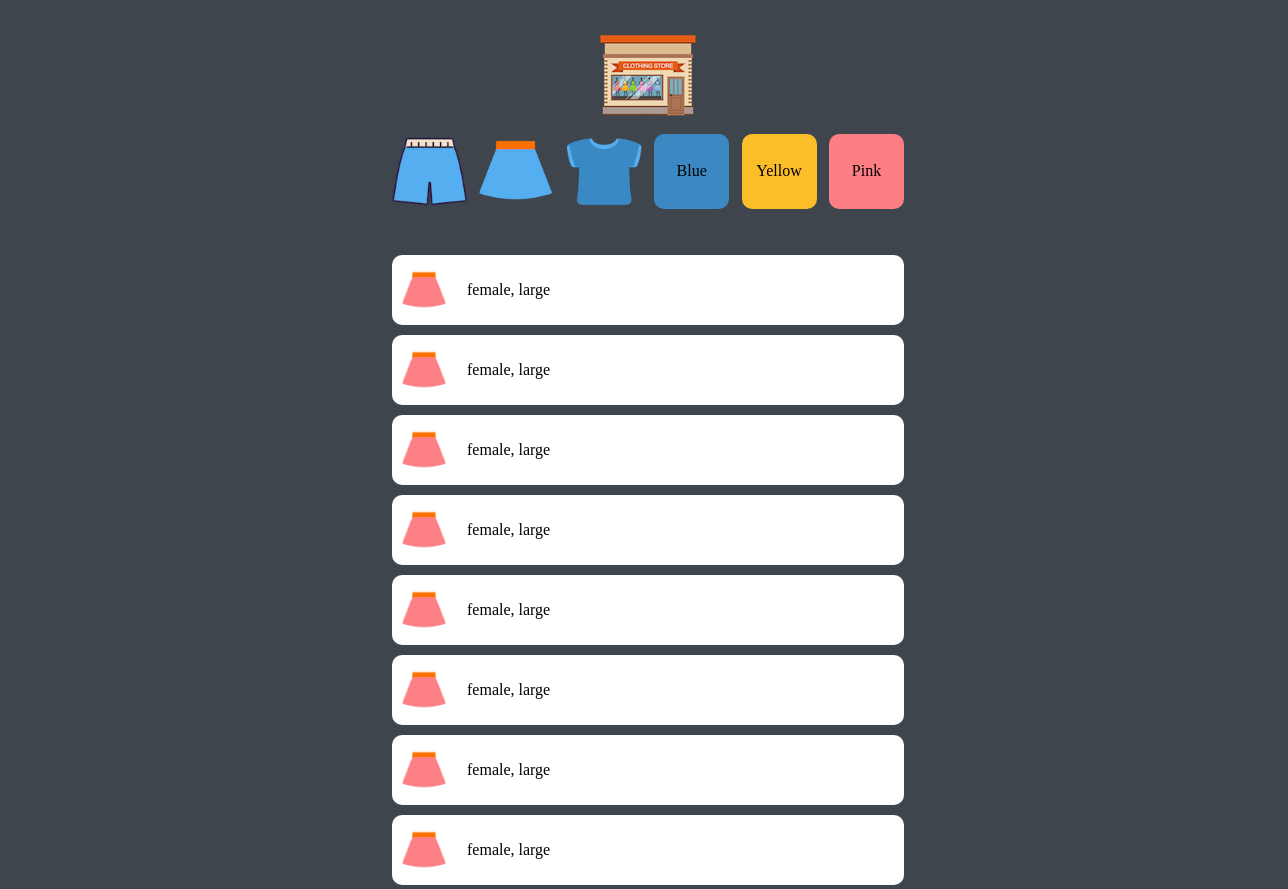
Repository: Jay-JYKim91/elle-shopping-mall
Page: index.html
An editor plug-in stored every save of this project. The page is shown before and after the next save, followed by the edit.
The browser window is 1280 px wide. The page is 1288 px wide, so the pictures cover 1288 px, including what lies to the right of the window. The pictures show the whole page.
An inner scrolling area shows only its first screen.

Above is the page before, as saved 2021-07-26 19:46:02.

After the next save:
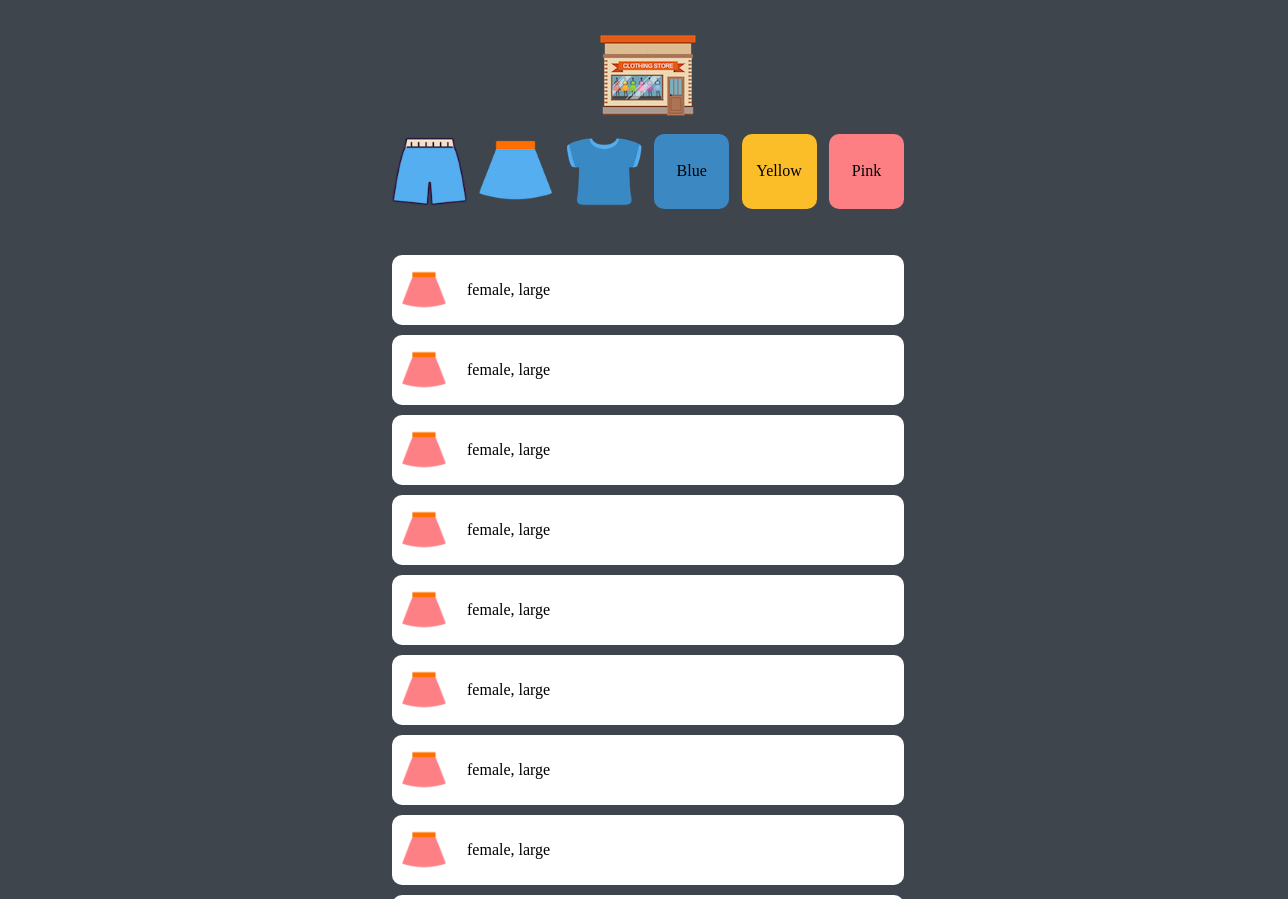
Saved 6 s later.
--- a/style.css
+++ b/style.css
@@ -49,7 +49,7 @@ body {
   background-color: var(--color-pink);
 }
 .lists {
-  height: 650px;
+  height: 660px;
   overflow-y: scroll;
   padding: 0;
   margin-top: 30px;
